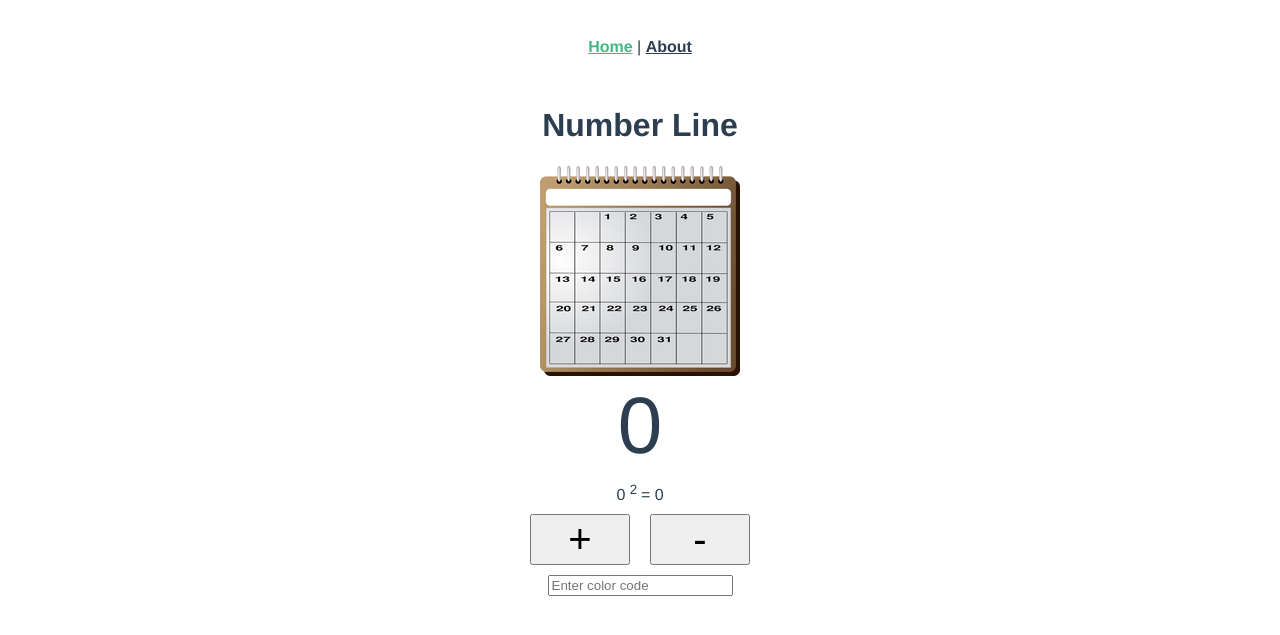
Repository: collegedude9300/numberline
Page: /
An editor plug-in stored every save of this project. The page is shown before and after a run of saves, followed by the edit.
The browser window is 1280 px wide. The pictures show the whole page.
The project was rebuilt for these pictures with package versions that can differ from the ones it lists, and the page was loaded fresh each time. Also part of the build but not shown: vue.config.js.

Above is the page before, as saved 2023-07-03 12:04:42.

After the next 3 saves:
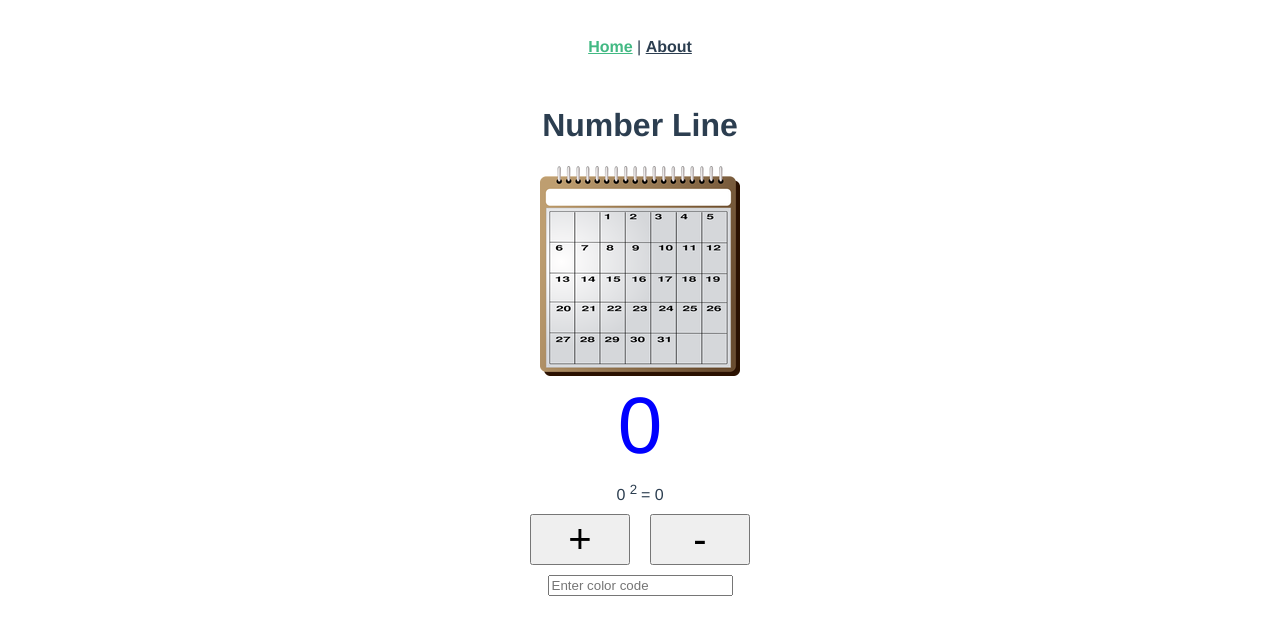
The 3 saves are shown as one change because 2 did not build or start.
The last was saved 6 min 47 s later.
--- a/src/views/HomeView.vue
+++ b/src/views/HomeView.vue
@@ -2,7 +2,9 @@
   <div class="home">
     <h1>Number Line</h1>
     <img alt="Vue logo" src="../assets/schedule.png">
-    <div class="counter">
+    <div
+    :style="{color: $store.state.colorCode}"
+    class="counter">
       {{ $store.state.counter }}
     </div>
     <div class="counter-squared">
